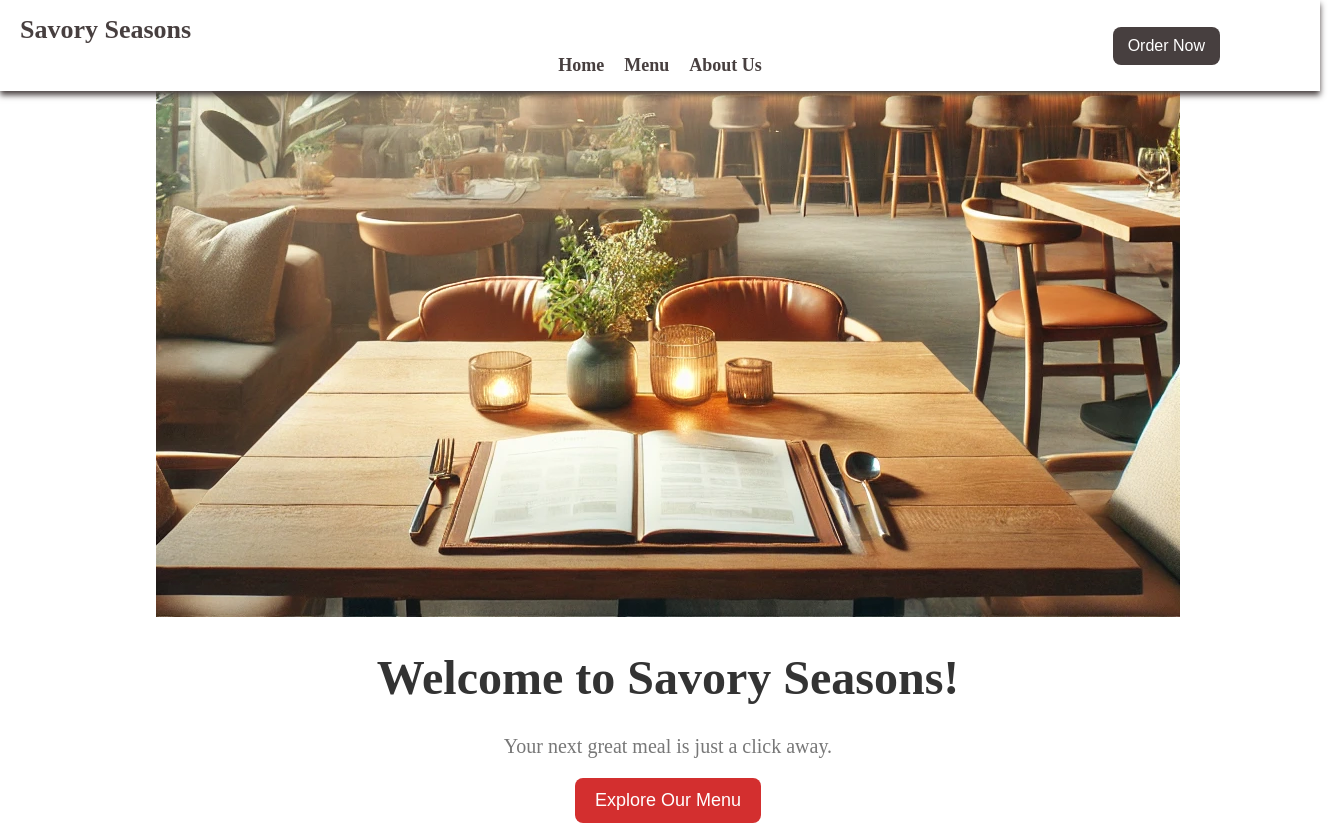
Repository: KalebMalone/Resturant
Page: / (app in my-app/)
The author's editor kept a copy of each file at every save. The page is drawn from the files as they stood at one save, then again after a run of saves.
The browser window is 1280 px wide. The page is 1328 px wide, so the pictures cover 1328 px, including what lies to the right of the window. The pictures show the whole page.
The project was rebuilt for these pictures with package versions that can differ from the ones it lists, and the page was loaded fresh each time. Also part of the build but not shown: my-app/vite.config.js, my-app/src/index.css, my-app/src/components/Menu.jsx, my-app/src/pages/AboutUs.jsx, my-app/src/components/OrderPage.jsx.

Above is the page before, as saved 2025-03-16 17:52:27.

### my-app/src/App.jsx
// src/App.js
import React from 'react';
import { BrowserRouter as Router, Routes, Route } from 'react-router-dom';
import NavBar from './components/NavBar';
import Home from './pages/Home';
import Menu from './components/Menu';
import AboutUs from './pages/AboutUs';
import OrderPage from './components/OrderPage';

function App() {
  return (
    <Router>
      <NavBar />
      <Routes>
        <Route path="/" element={<Home />} />
        <Route path="/menu" element={<Menu />} />
        <Route path="/about" element={<AboutUs />} />
        <Route path="/order" element={<OrderPage />} />
      </Routes>
    </Router>
  );
}

export default App;

### my-app/src/components/NavBar.jsx
import { Link, useNavigate } from "react-router-dom";
import styled from "styled-components";

// Styling for the Header (Navbar container)
const Header = styled.header`
  position: fixed;
  top: 0;
  left: 0;
  width: 100%;
  background-color: rgb(255, 255, 255);
  padding: 15px 20px;
  box-shadow: 0 4px 6px rgb(71, 63, 63);
  z-index: 1000;
`;

// Title of the Navbar, clickable to navigate to Home
const Title = styled.h1`
  font-size: 26px;
  font-weight: bold;
  color:rgb(71, 63, 63);
  margin: 0;
  padding: 0;
  cursor: pointer;
  &:hover {
    color:rgb(71, 63, 63);
  }
`;

// Navigation container for the links
const Navigation = styled.nav`
  display: flex;
  gap: 20px;
  justify-content: center;
  margin-top: 10px;
`;

// Styling for individual navigation links
const StyledNavLink = styled(Link)`
  text-decoration: none;
  color:rgb(71, 63, 63);
  font-weight: bold;
  font-size: 18px;
  &:hover {
    color:rgb(71, 63, 63);
  }
`;

// Styling for the Order Now button
const OrderButton = styled.button`
  background:rgb(71, 63, 63);
  color: white;
  border: none;
  padding: 10px 15px;
  border-radius: 8px;
  cursor: pointer;
  font-size: 16px;
  position: absolute;
  right: 100px;
  top: 50%;
  transform: translateY(-50%);
  &:hover {
    background:rgb(71, 63, 63);
  }
`;

function NavBar() {
    const navigate = useNavigate();  // Hook to programmatically navigate

    const handleOrderNow = () => {
        navigate("/order");  // Navigates to the OrderPage
    };

    return (
        <Header>
            <Link to="/" style={{ textDecoration: 'none' }}>
                <Title>Savory Seasons</Title>
            </Link>
            <Navigation>
                <StyledNavLink to="/">Home</StyledNavLink>
                <StyledNavLink to="/menu">Menu</StyledNavLink>
                <StyledNavLink to="/about">About Us</StyledNavLink>
            </Navigation>

            {/* Order Now Button */}
            <OrderButton onClick={handleOrderNow}>Order Now</OrderButton>
        </Header>
    );
}

export default NavBar;

### my-app/src/pages/Home.jsx
import React from 'react';
import { useNavigate } from 'react-router-dom';
import styled from 'styled-components';

const Container = styled.div`
  background-color: #fff;
  display: flex;
  flex-direction: column;
  align-items: center;
  justify-content: center;
  height: 50vh;
  width: 100vw;
  text-align: center;
  padding: 20px;
  margin: 0;
`;

const Heading = styled.h1`
  font-size: 48px;
  color: #333;
  margin-bottom: 10px;
`;

const SubHeading = styled.p`
  font-size: 20px;
  color: #777;
  margin-bottom: 20px;
`;

const Button = styled.button`
  background-color: #d32f2f;
  color: white;
  font-size: 18px;
  padding: 12px 20px;
  border: none;
  border-radius: 8px;
  cursor: pointer;
  &:hover {
    background-color: #b71c1c;
  }
`;

const Image = styled.img`
  width: 100%;
  max-width: 500px;
  border-radius: 10px;
  margin-bottom: 20px;
`;

function Home() {
    const navigate = useNavigate(); // Initialize the navigation hook

    const goToMenu = () => {
        navigate("/menu"); // Navigate to the menu page when button is clicked
    };

    return (
        <Container>
            <img alt="Restaurant" src="/images/restaurant.jpg" />
            <Heading>Welcome to Savory Seasons!</Heading>
            <SubHeading>Your next great meal is just a click away.</SubHeading>
            <Button onClick={goToMenu}>Explore Our Menu</Button>
        </Container>
    );
}

export default Home;

Loaded but not shown: my-app/index.html (common file); my-app/src/main.jsx (common file)

After the next 2 saves:
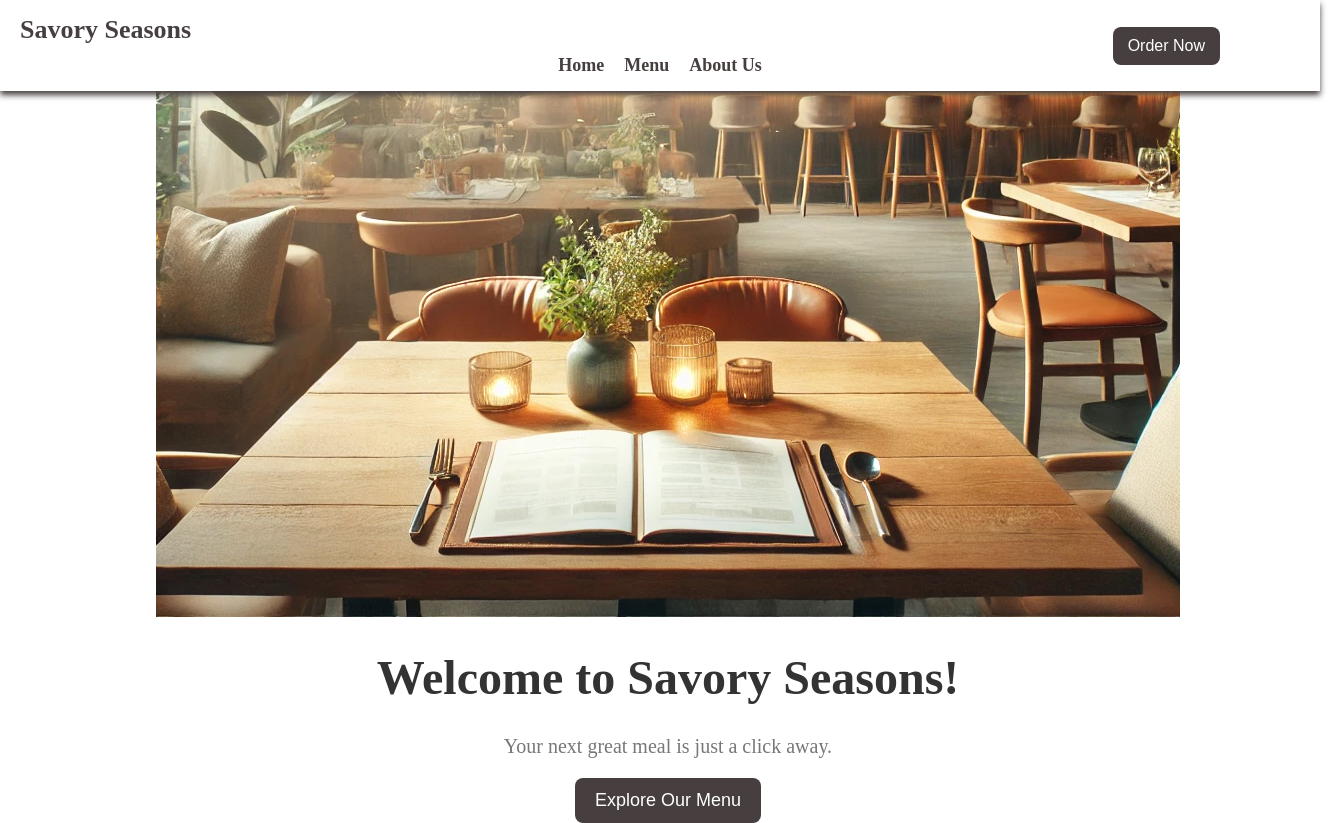
The 2 saves are shown as one change because they came seconds apart.
The last was saved 27 s later.
--- a/my-app/src/pages/Home.jsx
+++ b/my-app/src/pages/Home.jsx
@@ -28,7 +28,7 @@ const SubHeading = styled.p`
 `;
 
 const Button = styled.button`
-  background-color: #d32f2f;
+  background-color:rgb(71, 63, 63);
   color: white;
   font-size: 18px;
   padding: 12px 20px;
@@ -36,7 +36,7 @@ const Button = styled.button`
   border-radius: 8px;
   cursor: pointer;
   &:hover {
-    background-color: #b71c1c;
+    background-color:rgb(71, 63, 63);
   }
 `;
 
